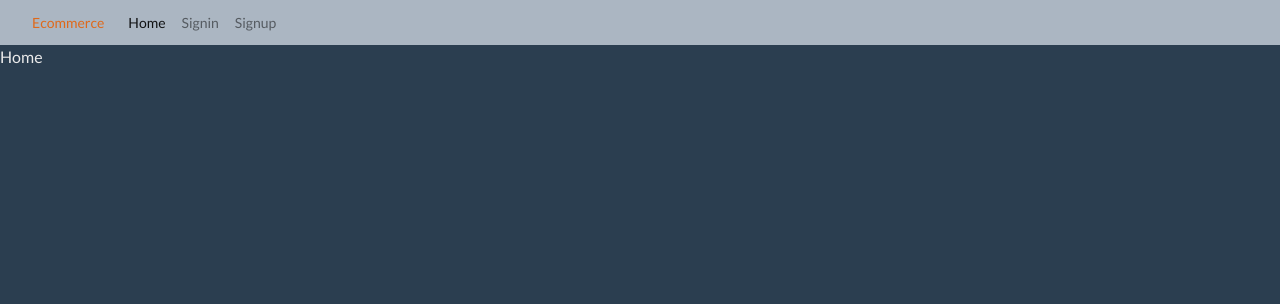
Repository: godlikeAlex/ecommerce-frontend-react
Page: /
The author's editor kept a copy of each file at every save. The page is drawn from the files as they stood at one save, then again after the next save.
The browser window is 1280 px wide. The pictures show the whole page.
The project was rebuilt for these pictures with package versions that can differ from the ones it lists, and the page was loaded fresh each time. Also part of the build but not shown: src/components/Auth/SignIn.js, src/components/Auth/SignUp.js.

Above is the page before, as saved 2019-12-12 01:05:04.

### public/index.html
<!DOCTYPE html>
<html lang="en">
  <head>
    <meta charset="utf-8" />
    <link rel="icon" href="%PUBLIC_URL%/favicon.ico" />
    <meta name="viewport" content="width=device-width, initial-scale=1" />
    <meta name="theme-color" content="#000000" />
    <meta
      name="description"
      content="Web site created using create-react-app"
    />
    <link rel="apple-touch-icon" href="%PUBLIC_URL%/logo192.png" />
    <!--
      manifest.json provides metadata used when your web app is installed on a
      user's mobile device or desktop. See https://developers.google.com/web/fundamentals/web-app-manifest/
    -->
    <link rel="manifest" href="%PUBLIC_URL%/manifest.json" />
    <!--
      Notice the use of %PUBLIC_URL% in the tags above.
      It will be replaced with the URL of the `public` folder during the build.
      Only files inside the `public` folder can be referenced from the HTML.

      Unlike "/favicon.ico" or "favicon.ico", "%PUBLIC_URL%/favicon.ico" will
      work correctly both with client-side routing and a non-root public URL.
      Learn how to configure a non-root public URL by running `npm run build`.
    -->
    <link rel="stylesheet" href="https://bootswatch.com/4/superhero/bootstrap.min.css">
    <title>Express Ecomerce Application</title>
  </head>
  <body>
    <noscript>You need to enable JavaScript to run this app.</noscript>
    <div id="root"></div>
    <!--
      This HTML file is a template.
      If you open it directly in the browser, you will see an empty page.

      You can add webfonts, meta tags, or analytics to this file.
      The build step will place the bundled scripts into the <body> tag.

      To begin the development, run `npm start` or `yarn start`.
      To create a production bundle, use `npm run build` or `yarn build`.
    -->
  </body>
</html>

### src/App.js
import React from 'react';
import Routes from './Routes';

function App() {
  return (
    <div className="App">
      <Routes />
    </div>
  );
}

export default App;

### src/Routes.js
import React from 'react';
import {BrowserRouter as Router, Switch, Route} from 'react-router-dom';
import SignIn from './components/Auth/SignIn';
import SignUp from './components/Auth/SignUp';
import Home from './components/Core/MainPage';
import Menu from './components/Core/Menu';

const Routes = () => (
    <Router>
        <Menu />
        <Switch>
            <Route path='/' exact component={Home} />
            <Route path='/signin' exact component={SignIn} />
            <Route path='/signup' exact component={SignUp} />
        </Switch>
    </Router>
);

export default Routes;

### src/components/Core/MainPage.js
import React from 'react';

const MainPage = () => {
    return (
        <div>
            <div>Home</div>
        </div>
    )
};

export default MainPage;

### src/components/Core/Menu.js
import React from 'react';
import { Link, withRouter } from 'react-router-dom';

const isActive = (history, path) => {
    const defaultClasses = 'nav-item nav-link';
    return history.location.pathname === path ? `${defaultClasses} active` : defaultClasses;
}

const Menu = ({history}) => {
    return (
        <nav class="navbar navbar-expand-lg navbar-light bg-light">
            <Link className="nav-item nav-link" to="/">Ecommerce</Link>
            <button class="navbar-toggler" type="button" data-toggle="collapse" data-target="#navbarNavAltMarkup" aria-controls="navbarNavAltMarkup" aria-expanded="false" aria-label="Toggle navigation">
                <span class="navbar-toggler-icon"></span>
            </button>
            <div class="collapse navbar-collapse" id="navbarNavAltMarkup">
                <div class="navbar-nav">
                    <Link className={isActive(history, '/')} to="/">Home <span class="sr-only">(current)</span></Link>
                    <Link className={isActive(history, '/signin')} to="/signin">Signin</Link>
                    <Link className={isActive(history, '/signup')} to="/signup">Signup</Link>
                </div>
            </div>
        </nav>
    )
};

export default withRouter(Menu);

### src/components/Core/Layout.js
import React from 'react';

const Layout = ({title = 'Title', description = 'Desc', className, children}) => (
    <div>
        <div className="jumbotron">
            <h2>Title</h2>
            <p className="lead">{description}</p>
        </div>
        <div className={className}>
            {children}
        </div>
    </div>
);

export default Layout;

Loaded but not shown: src/index.js (common file)

After the next save:
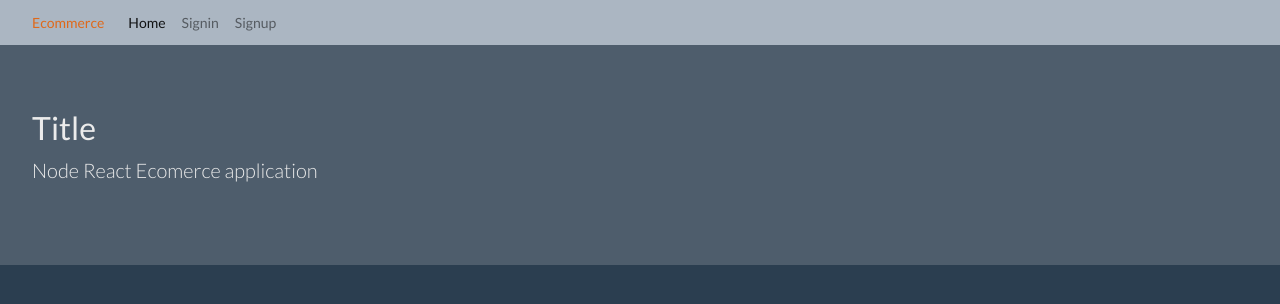
Saved 117 s later.
--- a/src/components/Core/MainPage.js
+++ b/src/components/Core/MainPage.js
@@ -1,9 +1,12 @@
 import React from 'react';
+import Layout from './Layout';
 
 const MainPage = () => {
     return (
         <div>
-            <div>Home</div>
+            <Layout title="Home Page" description="Node React Ecomerce application">
+
+            </Layout>
         </div>
     )
 };
